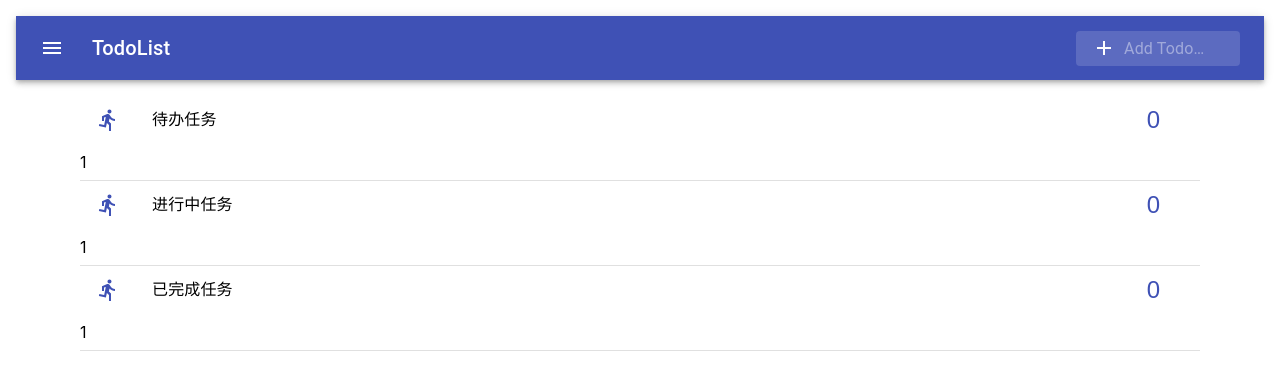
Repository: harperl71/TodoList
Page: /
An editor plug-in stored every save of this project. The page is shown before and after the next save, followed by the edit.
The browser window is 1280 px wide. The pictures show the whole page.
The project was rebuilt for these pictures with package versions that can differ from the ones it lists, and the page was loaded fresh each time.

Above is the page before, as saved 2021-05-21 10:06:37.

### src/App.tsx
import React from "react";
import Header from "./components/header";
import Content from "./components/content";
import Footer from "./components/footer";
import Myprovider from "./context";
import TaskItem from "./components/content/task-item";

function App() {
  return (
    <div className="APP">
      <Myprovider>
        <Header />
        <Content />
        <Footer />
        {/*  <TaskItem /> */}
      </Myprovider>
    </div>
  );
}

export default App;

### src/components/header/index.tsx
import React, { useContext } from "react";
import { MyContext } from "../../context";
import AppBar from "@material-ui/core/AppBar";
import Toolbar from "@material-ui/core/Toolbar";
import IconButton from "@material-ui/core/IconButton";
import Typography from "@material-ui/core/Typography";
import InputBase from "@material-ui/core/InputBase";
import { makeStyles, fade } from "@material-ui/core/styles";
import MenuIcon from "@material-ui/icons/Menu";
import AddIcon from "@material-ui/icons/Add";

const useStyles = makeStyles((theme) => ({
  header: {
    margin: theme.spacing(2),
    justifyContent: "space-between",
  },
  listButton: {
    marginRight: theme.spacing(2),
  },
  title: {
    flexGrow: 1,
    display: "none",
    [theme.breakpoints.up("sm")]: {
      display: "block",
    },
  },
  search: {
    position: "relative",
    borderRadius: theme.shape.borderRadius,
    backgroundColor: fade(theme.palette.common.white, 0.15),
    "&:hover": {
      backgroundColor: fade(theme.palette.common.white, 0.25),
    },
    marginLeft: 0,
    width: "100%",
    [theme.breakpoints.up("sm")]: {
      marginLeft: theme.spacing(1),
      width: "auto",
    },
  },
  addIcon: {
    padding: theme.spacing(0, 2),
    height: "100%",
    position: "absolute",
    pointerEvents: "none",
    display: "flex",
    alignItems: "center",
    justifyContent: "center",
  },
  inputRoot: {
    color: "inherit",
  },
  inputInput: {
    padding: theme.spacing(1, 1, 1, 0),
    // vertical padding + font size from searchIcon
    paddingLeft: `calc(1em + ${theme.spacing(4)}px)`,
    transition: theme.transitions.create("width"),
    width: "100%",
    [theme.breakpoints.up("sm")]: {
      width: "12ch",
      "&:focus": {
        width: "20ch",
      },
    },
  },
}));

export default function SearchAppBar() {
  const classes = useStyles();
  const { Add } = useContext(MyContext);

  const enterPress = (evt: React.SyntheticEvent) => {
    if (
      (evt as KeyboardEventInit).code === "Enter" &&
      (evt.target as HTMLInputElement).value !== ""
    ) {
      Add((evt.target as HTMLInputElement).value);
      (evt.target as HTMLInputElement).value = "";
    }
  };

  return (
    <div className={classes.header}>
      <AppBar position="static">
        <Toolbar>
          <IconButton
            edge="start"
            className={classes.listButton}
            color="inherit"
            aria-label="open drawer"
          >
            <MenuIcon />
          </IconButton>
          <Typography className={classes.title} variant="h6" noWrap>
            TodoList
          </Typography>
          <div className={classes.search}>
            <div className={classes.addIcon}>
              <AddIcon />
            </div>
            <InputBase
              placeholder="Add Todo…"
              required
              classes={{
                root: classes.inputRoot,
                input: classes.inputInput,
              }}
              onKeyPress={enterPress}
            />
          </div>
        </Toolbar>
      </AppBar>
    </div>
  );
}

### src/components/content/index.tsx
import React, { Fragment } from "react";
import TaskList from "./task-list";
import { makeStyles } from "@material-ui/core";

const useStyles = makeStyles((theme) => ({
  content: {
    margin: theme.spacing(0, 6),
    justifyContent: "center",
  },
}));

const Content = () => {
  const classes = useStyles();
  return (
    <div className={classes.content}>
      <Fragment>
        <TaskList title="待办任务" status="todo" />
        <TaskList title="进行中任务" status="doing" />
        <TaskList title="已完成任务" status="done" />
      </Fragment>
    </div>
  );
};

export default Content;

### src/components/footer/index.tsx
import React from "react";

const Footer = () => {
  return <div className="footer"></div>;
};

export default Footer;

### src/context/index.tsx
import React, { createContext, useState } from "react";

export interface TodoProps {
  id: number;
  text: string;
  status: string;
}

export interface ContextProps {
  todoList: TodoProps[];
  Add: (item: string) => void;
  Delete: (id: number) => void;
  Remove: (index: number, status: string) => void;
  Clear: () => void;
}

export const MyContext = createContext({} as ContextProps);

const Myprovider = (props: React.PropsWithChildren<{}>) => {
  const [todoList, setList] = useState<TodoProps[]>([]);

  const Add = (item: string) => {
    const listItem = {
      id: new Date().getTime(),
      text: item,
      status: "todo",
    };
    setList([...todoList, listItem]);
  };
  //console.log(...todoList);

  const Delete = (id: number) => {
    setList(todoList.filter((item) => item.id !== id));
  };

  const Remove = (index: number, status: string) => {
    if (status === "todo") {
      const listItem = Object.assign({}, todoList[index], {
        status: "doing",
      });
      const list = todoList.splice(index, 1);
      setList([...list, listItem]);
    }
    if (status === "doing") {
      const listItem = Object.assign({}, todoList[index], {
        status: "done",
      });
      const list = todoList.splice(index, 1);
      setList([...list, listItem]);
    }
  };

  const Clear = () => setList([]);

  return (
    <MyContext.Provider value={{ todoList, Add, Delete, Remove, Clear }}>
      {props.children}
    </MyContext.Provider>
  );
};

export default Myprovider;

### src/components/content/task-list/index.tsx
import React, { Fragment, useContext } from "react";
import TaskItem from "../task-item";
import { MyContext } from "../../../context";
import {
  makeStyles,
  List,
  ListItem,
  ListItemIcon,
  ListItemText,
  Divider,
  IconButton,
} from "@material-ui/core";
import DirectionsRunIcon from "@material-ui/icons/DirectionsRun";

const useStyles = makeStyles((theme) => ({
  list: {
    margin: theme.spacing(0, 4),
    justifyContent: "space-between",
    padding: 0,
  },
  listTitle: {
    justifyContent: "center",
  },
  listnum: {
    marginRight: theme.spacing(3),
    padding: 0,
    color: "secondary",
  },
}));

interface Iprops {
  title: string;
  status: string;
}

const TaskList = ({ title, status }: Iprops) => {
  const classes = useStyles();

  const { todoList } = useContext(MyContext);
  //console.log(todoList);

  return (
    <List
      className={classes.list}
      component="nav"
      aria-label="main mailbox folders"
    >
      <ListItem className="ListHeader" button>
        <ListItemIcon>
          <DirectionsRunIcon color="primary" />
        </ListItemIcon>
        <ListItemText primary={title} />
        <IconButton
          className={classes.listnum}
          color="primary"
          aria-label="list-num"
        >
          {
            todoList.filter((item) => {
              return item.status === status;
            }).length
          }
        </IconButton>
      </ListItem>
      <div>
        <List className={title}>
          {/* {todoList
            .filter((item) => {
              return item.status === status;
            })
            .map((item) => {
              return 1;
            })}
           */}
          {1}
        </List>
      </div>

      <Divider />
    </List>
  );
};

export default TaskList;

Loaded but not shown: public/index.html (common file); src/index.tsx (common file); src/index.css (common file); src/reportWebVitals.ts (common file)

After the next save:
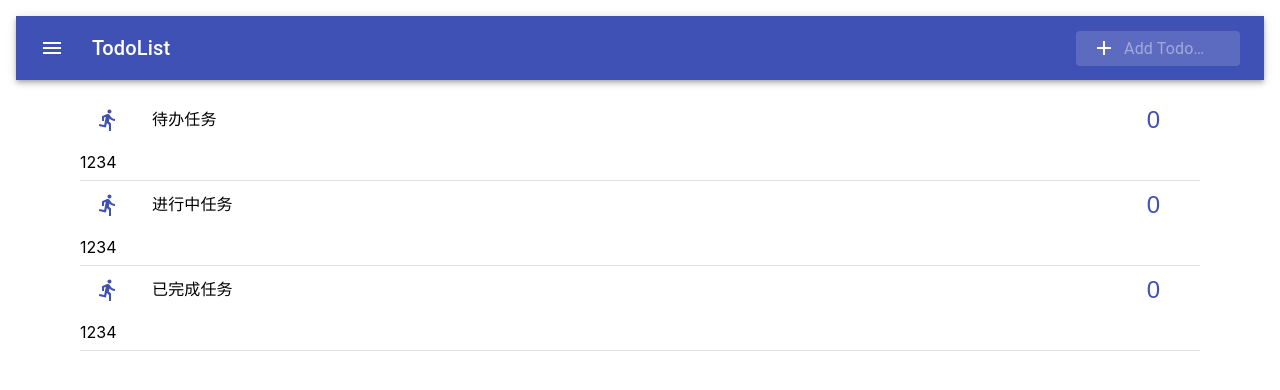
Saved 7 s later.
--- a/src/components/content/task-list/index.tsx
+++ b/src/components/content/task-list/index.tsx
@@ -72,7 +72,7 @@ const TaskList = ({ title, status }: Iprops) => {
               return 1;
             })}
            */}
-          {1}
+          {1234}
         </List>
       </div>
 
